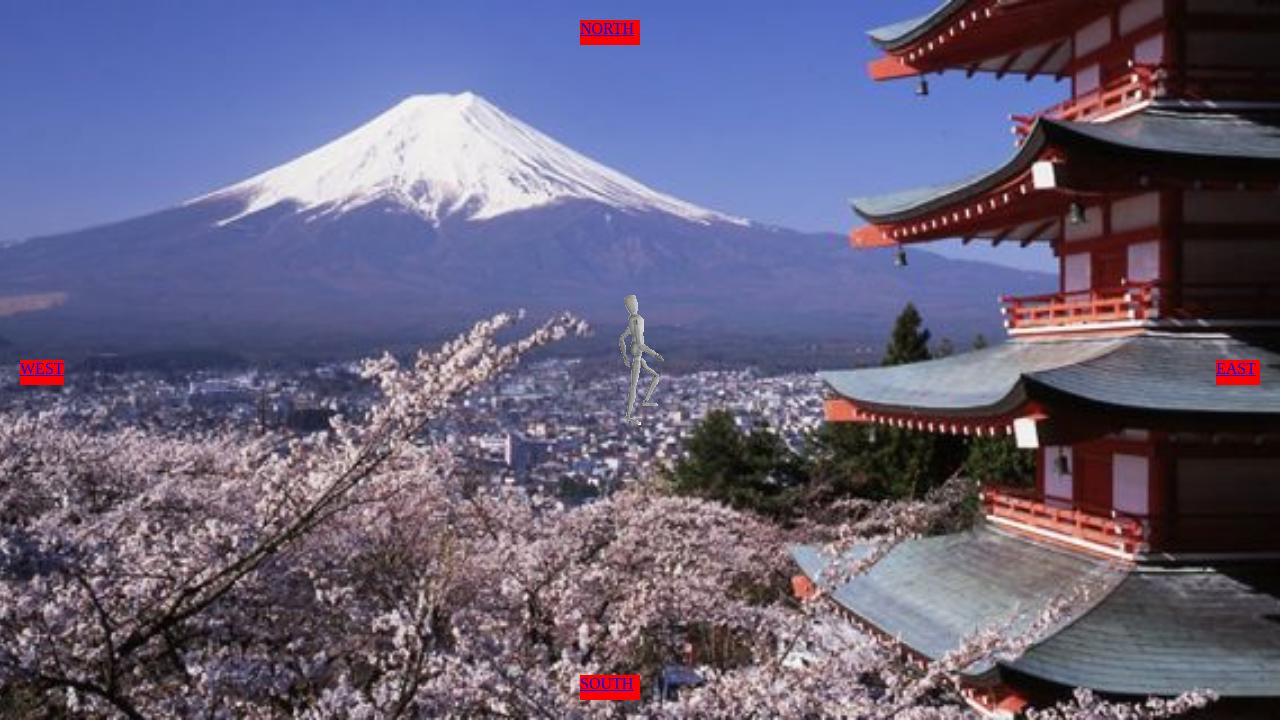
Repository: akihm683/akihm683.github.io
Page: map/japan/japan.html
The author's editor kept a record of every edit. The page is drawn from the files as they stood at one moment, then again after the next edit.
The browser window is 1280 px wide. The pictures show the whole page.

Above is the page before.

After the next edit:
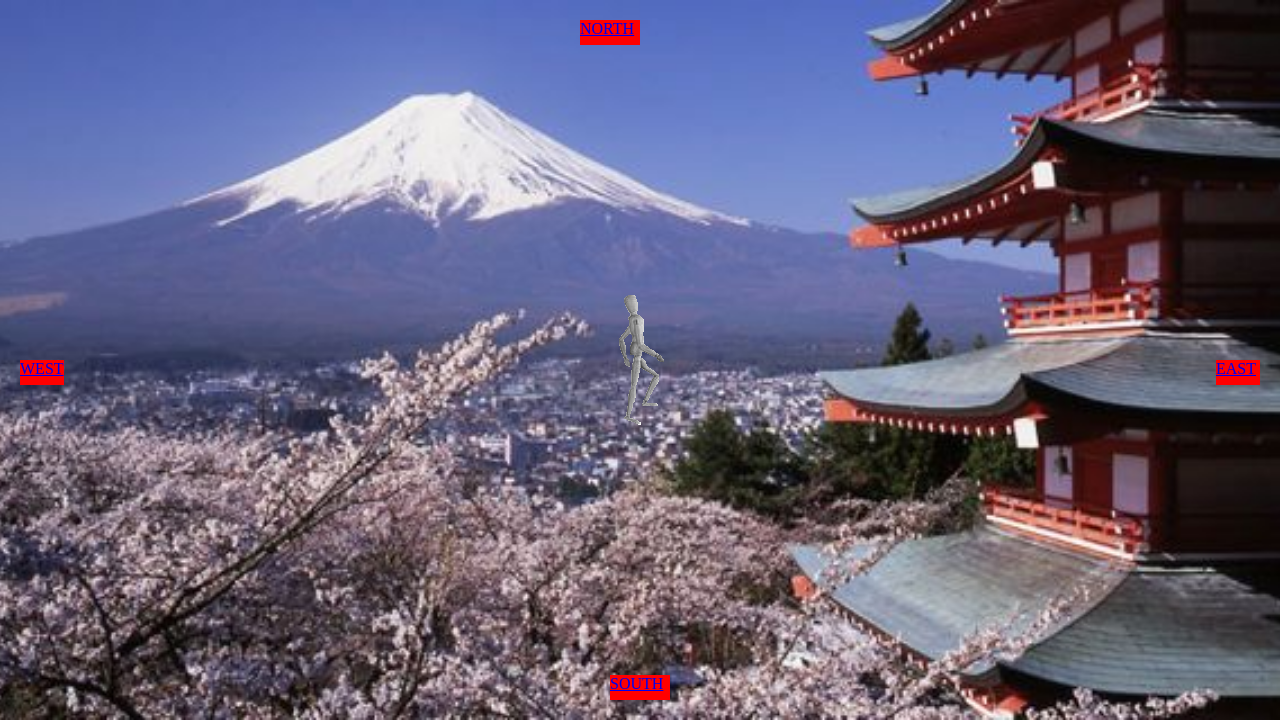
The edit:
--- a/map/japan/japan.css
+++ b/map/japan/japan.css
@@ -31,6 +31,7 @@
 .south {
   position: fixed;
   right: 50%;
+  margin-right:-30px;
   bottom: 20px;
   width: 60px;
   height: 25px;
